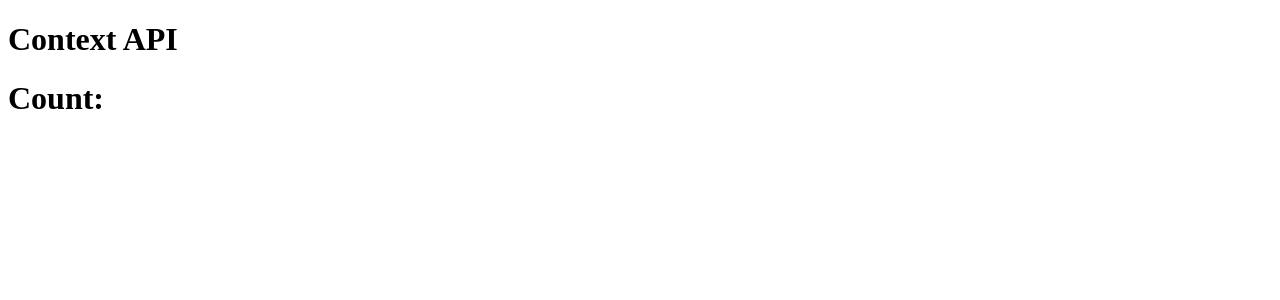
Repository: hungtuan/reactjs-k4-fullstack
Page: / (app in react-03/)
These files come from the project's save history. The page is drawn as it stood at one moment and after the next save; the edit follows.
The browser window is 1280 px wide. The pictures show the whole page.
The project was rebuilt for these pictures with package versions that can differ from the ones it lists, and the page was loaded fresh each time. Also part of the build but not shown: react-03/vite.config.js.

Above is the page before, as saved 2023-11-15 14:33:16.

After the next save:
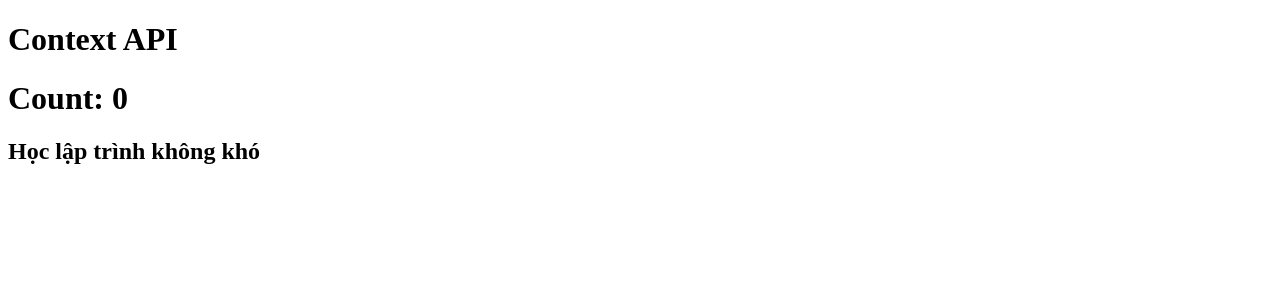
Saved 35 s later.
--- a/react-03/src/components/Count.jsx
+++ b/react-03/src/components/Count.jsx
@@ -5,7 +5,8 @@
   console.log(data);
   return (
     <div>
-      <h1>Count: {}</h1>
+      <h1>Count: {data.count}</h1>
+      <h2>{data.message}</h2>
     </div>
   );
 };
